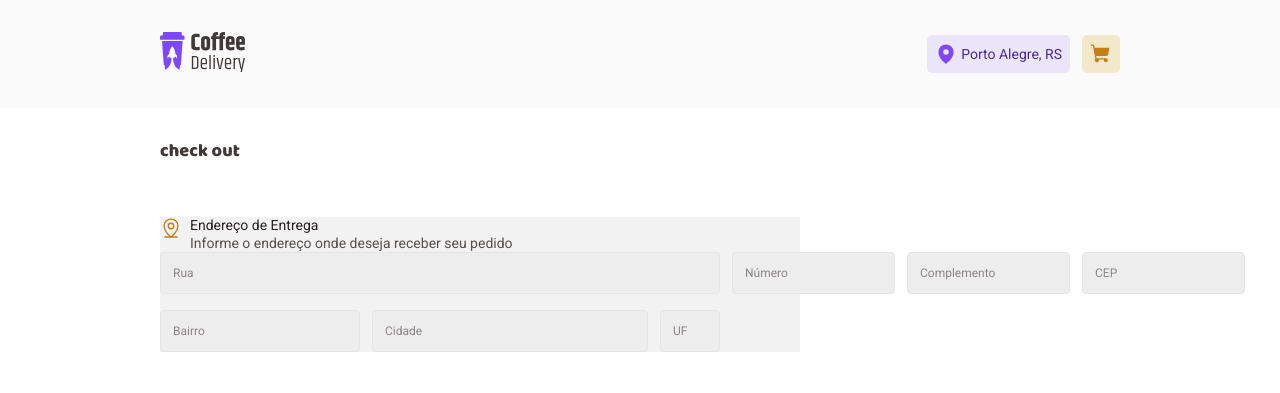
Repository: caueenrico/CoffeDelivery
Page: /checkout
These files come from the project's save history. The page is drawn as it stood at one moment and after a run of saves; the edit follows.
The browser window is 1280 px wide. The pictures show the whole page.
The project was rebuilt for these pictures with package versions that can differ from the ones it lists, and the page was loaded fresh each time. Also part of the build but not shown: vite.config.ts, src/components/CoffesOptions/styled.ts, src/components/CoffeCards/styles.ts, src/components/IpuntNumber/styles.ts, src/components/IpuntNumber/index.tsx, src/components/CartOfCard/styles.ts, src/components/CartOfCard/index.tsx, src/utils/formatMoney.ts and 4 more.

Above is the page before, as saved 2022-09-22 15:20:32.

### index.html
<!DOCTYPE html>
<html lang="en">
  <head>
    <meta charset="UTF-8" />

    <link rel="preconnect" href="https://fonts.googleapis.com" />
    <link rel="preconnect" href="https://fonts.gstatic.com" crossorigin />
    <link
      href="https://fonts.googleapis.com/css2?family=Baloo+2:wght@700;800&family=Roboto:wght@400;700&display=swap"
      rel="stylesheet"
    />

    <link rel="icon" type="image/svg+xml" href="/vite.svg" />
    <meta name="viewport" content="width=device-width, initial-scale=1.0" />
    <title>Vite + React + TS</title>
  </head>
  <body>
    <div id="root"></div>
    <script type="module" src="/src/main.tsx"></script>
  </body>
</html>

### src/App.tsx
import { BrowserRouter } from "react-router-dom";
import { ThemeProvider } from "styled-components";
import { Router } from "./Router";
import { defaultTheme } from "./styles/themes/default";
import { GlobalStyle } from "./styles/themes/global";

export function App() {
  return (
    <ThemeProvider theme={defaultTheme}>
      <BrowserRouter>
        <Router />
      </BrowserRouter>
      <GlobalStyle />
    </ThemeProvider>
  );
}

### src/Router.tsx
import { Routes, Route } from 'react-router-dom'
import { DefaultLayout } from './layouts/DefaultLayout'
import { CheckOut } from './pages/CheckOut'
import { Home } from './pages/Home'



export function Router() {
  return (
    <Routes>
      <Route path="/" element={<DefaultLayout />}>
        <Route path="/" element={<Home />} />
        <Route path="/checkout" element={<CheckOut />} />
      </Route>
    </Routes>
  )
}

### src/styles/themes/default.ts
export const defaultTheme = {
  white: '#FFFFFF',

  // PRODUTOS
  'yellow-dark': '#C47F17',
  'yellow': '#DBAC2C',
  'yellow-light': '#F1E9C9',

  'purple-dark': '#4B2995',
  'purple': '#8047F8',
  'purple-light': '#EBE5F9',

  //BASE
  'title':'#272221',
  'subtitle': '#403937',
  'text':'#574F4D',
  'label':'#8D8686',
  'hover':'#D7D5D5',
  'button':'#E6E5E5',
  'input':'#EDEDED',
  'card':'#F3F2F2',
  'background':'#FAFAFA'
}

### src/styles/themes/global.ts
import { createGlobalStyle } from "styled-components";


export const GlobalStyle = createGlobalStyle`
  *{
    margin: 0;
    padding: 0;
    box-sizing: border-box;
  }

  :focus{
    outline: 0;
  }

  body{
    -webkit-font-smoothing: antialiased;
  }

  body,input,textarea,button{
    font-family: 'Roboto', sans-serif;
    font-weight: 400;
    font-size: 1rem;
  }

  input::-webkit-outer-spin-button,
  input::-webkit-inner-spin-button {
    -webkit-appearance: none;
    margin: 0;
  }
  input[type="number"] {
    -moz-appearance: textfield;
  }

`

### src/layouts/DefaultLayout/index.tsx
import { Outlet } from 'react-router-dom'
import { Header } from '../../components/Header'
import { LayoutContainer } from './styles'

export function DefaultLayout() {
  return (
    <div>
      <LayoutContainer>
        <Header />
        <Outlet />
      </LayoutContainer>
    </div>
  )
}

### src/pages/CheckOut/index.tsx
import { MapPinLine } from "phosphor-react";
import { useTheme } from "styled-components";
import { TilteText } from "../Home/styles";
import { AddressForm } from "./AddresForm";
import { TextCheck } from "./components/TextosCheck";
import { AddressFormContainer, ContainerCheckOut } from "./styles";

export function CheckOut() {
  return (
    <>
      <TilteText>check out</TilteText>

      <ContainerCheckOut>
        <TextCheck
          icon={<MapPinLine size={22} color="#C47F17" />}
          title="Endereço de Entrega"
          subtitle="Informe o endereço onde deseja receber seu pedido"
        />

        <AddressForm />

      </ContainerCheckOut>
    </>
  );
}

### src/components/Header/index.tsx
import { HeaderContainer, NavHeaders } from "./styles";
import logo from '../assets/logo.svg';
import { Locations } from "../Locations";
import { Cart } from "../Cart";
import { NavLink } from "react-router-dom";


export function Header() {
  return (
    <HeaderContainer>
      <NavLink to='/'>
      <img src={logo} alt="" />
      </NavLink>

      <NavHeaders>
        <Locations />
        <NavLink to='/checkout'>
          <Cart/>
        </NavLink>
      </NavHeaders>
    </HeaderContainer>
  );
}

### src/layouts/DefaultLayout/styles.ts
import styled from 'styled-components'

export const LayoutContainer = styled.div`

`

### src/pages/Home/styles.ts
import Background from '../assets/Background.png'

import styled from "styled-components";

export const BannerContainer = styled.div`

display: flex;
align-items: center;
justify-content: space-between;

padding: 94px 160px;

background-image: url(${Background});
background-position: center;
background-repeat: no-repeat;
background-size: cover;

`

export const TextContainer = styled.div`
 max-width: 588px;

 h1{
  font-family: 'Baloo 2';
  font-style: normal;
  font-weight: 800;
  font-size: 48px;
  line-height: 130%;
  color: ${props => props.theme['title']}
 }

  span {
    font-family: 'Roboto';
    font-weight: 400;
    font-size: 20px;
    line-height: 130%;
    color: ${props => props.theme['subtitle']}
  }




`

export const Benefist = styled.div `

  margin-top: 66px;
  max-width: 567px;
  color: ${props => props.theme['text']};

  ul {
    list-style-type: none;
    display: flex;
    gap: 40px;

  }

  ul li{
    font-size: 16px;
    display: flex;
    align-items: center;
    margin-bottom: 20px;
    gap: 12px;


  }

  .test{
    width: 231px;
  }
`

export const ProductsContainer = styled.div`

  h1{
    font-family: 'Baloo 2';
    font-style: normal;
    font-weight: 800;
    font-size: 32px;
    line-height: 130%;

    margin-left: 160px;
    margin-top: 32px;
    margin-bottom: 54px;

    color:${props => props.theme['subtitle']}
  }



`

export const TilteText = styled.h1`
    font-family: 'Baloo 2';
    font-style: normal;
    font-weight: 800;
    font-size: 18px;
    line-height: 130%;

    margin-left: 160px;
    margin-top: 32px;
    margin-bottom: 54px;

    color:${props => props.theme['subtitle']}
`

### src/pages/CheckOut/AddresForm.tsx
import { InputForm } from "../../components/InpuitForm";
import { AddressFormContainer } from "./styles";



export function AddressForm(){
  return(
    <AddressFormContainer>
      <InputForm placeholder="CEP" type='number' className="cep"/>
      <InputForm placeholder="Rua" className="street"/>
      <InputForm placeholder="Número" type='number'/>
      <InputForm placeholder="Complemento" className="complemento"/>
      <InputForm placeholder="Bairro" />
      <InputForm placeholder="Cidade"/>
      <InputForm placeholder="UF"/>
    </AddressFormContainer>
  )
}

### src/pages/CheckOut/components/TextosCheck/index.tsx
import { ReactNode } from "react"
import { SectionTitleContainer } from "./styles"

interface TextCheckProps{
  title: string
  subtitle: string
  icon: ReactNode
}

export function TextCheck({title,subtitle,icon}: TextCheckProps){
  return(
    <SectionTitleContainer>
      {icon}
      <div>
        <h1>{title}</h1>
        <span>{subtitle}</span>
      </div>
    </SectionTitleContainer>
  )
}

### src/pages/CheckOut/styles.ts
import styled from "styled-components";

export const ContainerCheckOut = styled.div `

  margin-left: 160px;
  display: flex;
  flex-direction: column;
  max-width: 40rem;
  background: ${props => props.theme.card};
`

export const AddressFormContainer = styled.div`
  width: 100%;
  border: 1;
  display: grid;
  grid-template-columns: 12.5rem 17.25rem 3.75rem;
  column-gap: 0.75rem;
  row-gap: 1rem;
  grid-auto-flow: dense;

  .cep{
    grid-column: spam 3;
    max-width: 12.5rem;
  }

  .street{
    grid-column: span 3;
  }

  .complemento {
    grid-column: span 2;
  }

`

### src/components/Header/styles.ts
import styled from "styled-components";

export const HeaderContainer = styled.div`

  min-height: 104px;

  display: flex;
  align-items: center;
  justify-content: space-between;

  padding: 32px 160px;

  background-color: ${props => props.theme['background']};

  position: sticky;
  top: 0;
  left: 0;
  z-index: 5;

`
export const NavHeaders = styled.nav`
  display: flex;
  gap: 12px;

`

### src/components/Locations/index.tsx
import { MapPin } from "phosphor-react";
import { LocationsContainer } from "./styles";


export function Locations (){

  return (
    <LocationsContainer>
        <MapPin size={22} weight='fill' color="#8047F8"/> Porto Alegre, RS
    </LocationsContainer>
  )
}

### src/components/Cart/index.tsx
import { ShoppingCart } from "phosphor-react";
import React from "react";
import { CartContainer } from "./styles";

export function Cart (){
  return(
    <CartContainer>
      <ShoppingCart size={22} weight='fill'/>
    </CartContainer>
  )
}

### src/components/InpuitForm/index.tsx
import { InputHTMLAttributes } from "react";
import { InputStyleContainer } from "./styles";

type InputProps = InputHTMLAttributes<HTMLInputElement>

export function InputForm({...props}:InputProps ){
  return(
    <InputStyleContainer {...props}/>
  )
}

### src/pages/CheckOut/components/TextosCheck/styles.ts
import styled from "styled-components";

export const SectionTitleContainer = styled.div`
  display: flex;
  gap: 0.5rem;

  div{
    h1{
      font-size: 0.875rem;
      font-weight: 400;
      color: ${props => props.theme.title};
    }
    span{
      font-size: 0.875rem;
      font-weight: 400;
      color: ${props => props.theme.text};
    }
  }

`

### src/components/Locations/styles.ts
import styled from "styled-components";

export const LocationsContainer = styled.div`
  border-radius: 5px;

  max-width: 143px;
  padding: 8px;
  font-size: 14px;

  background-color: ${props => props.theme['purple-light']};
  color: ${props => props.theme['purple-dark']};

  display: flex;
  justify-content: center;
  align-items: center;
  gap: 4px;



`

### src/components/Cart/styles.ts
import styled from "styled-components";

export const CartContainer = styled.button`
  max-width: 38px;
  max-height: 38px;
  border-radius: 5px;
  border: none;

  background-color: ${props => props.theme['yellow-light']};
  color: ${props => props.theme['yellow-dark']};

  display: flex;
  align-content: center;
  align-items: center;

  padding: 8px;

`

### src/components/InpuitForm/styles.ts
import styled from "styled-components";

export const InputStyleContainer = styled.input`
  height: 2.625rem;
  border-radius: 4px;
  border: 1px solid ${props => props.theme.button};
  background: ${props => props.theme.input};
  transition: 0.4s;

  &:focus{
    border-color: ${props => props.theme["yellow-dark"]};
  }

  color: ${props => props.theme["text"]};
  font-size: 00.75rem;
  padding: 0 0.75rem;

  &::placeholder{
    color: ${props => props.theme["label"]};
  }
`

Loaded but not shown: src/main.tsx (common file)

After the next 2 saves:
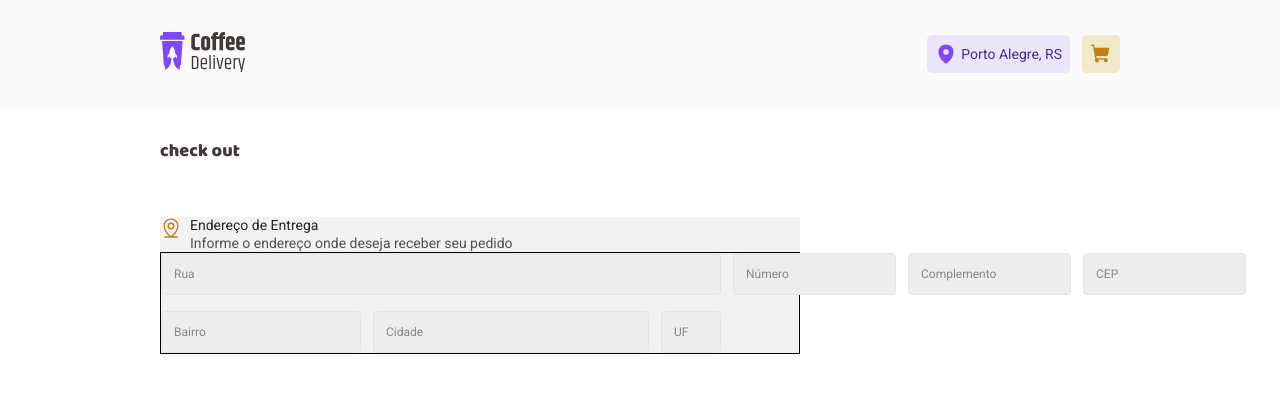
The 2 saves are shown as one change because they came seconds apart.
The last was saved 7 s later.
--- a/src/pages/CheckOut/styles.ts
+++ b/src/pages/CheckOut/styles.ts
@@ -11,7 +11,7 @@ export const ContainerCheckOut = styled.div `
 
 export const AddressFormContainer = styled.div`
   width: 100%;
-  border: 1;
+  border: 1px solid black;
   display: grid;
   grid-template-columns: 12.5rem 17.25rem 3.75rem;
   column-gap: 0.75rem;
